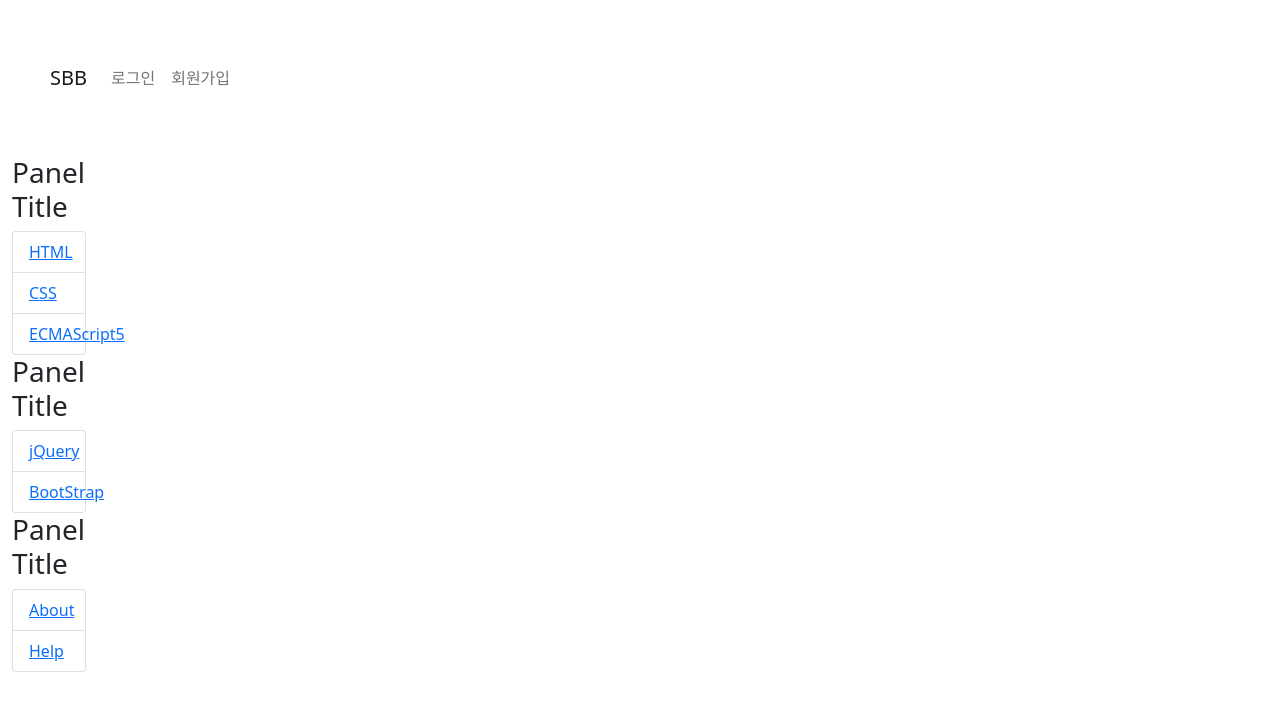
Repository: wjddntlr92/Springboot
Page: http://localhost/layout
The author's editor kept a copy of each file at every save. The page is drawn from the files as they stood at one save, then again after the next save.
The browser window is 1280 px wide. The pictures show the whole page.
The page is this project's Thymeleaf template; nobody is signed in. The template is opened directly, without the code that normally fills it, so the values that code supplies are empty.

Above is the page before, as saved 2022-08-19 22:48:45.

After the next save:
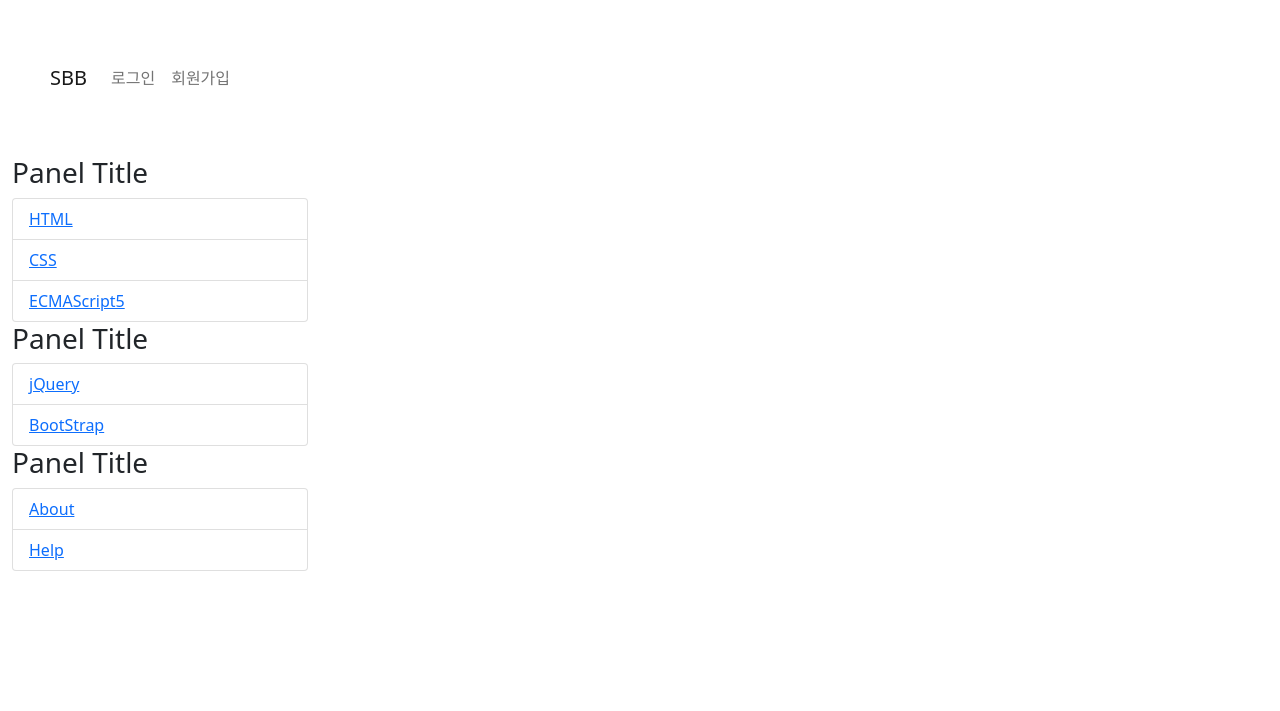
Saved 21 s later.
--- a/sbb/src/main/resources/templates/sidebar.html
+++ b/sbb/src/main/resources/templates/sidebar.html
@@ -2,7 +2,6 @@
 
 
 <div th:fragment="sidebarFragment" class="col-sm-3"  style="background-color:rgb(255, 255, 255);">
-<div class="col-md-3">
 <!-- 사이드 바 메뉴-->
   <!-- 패널 타이틀1 -->
 <div class="panel panel-info">
